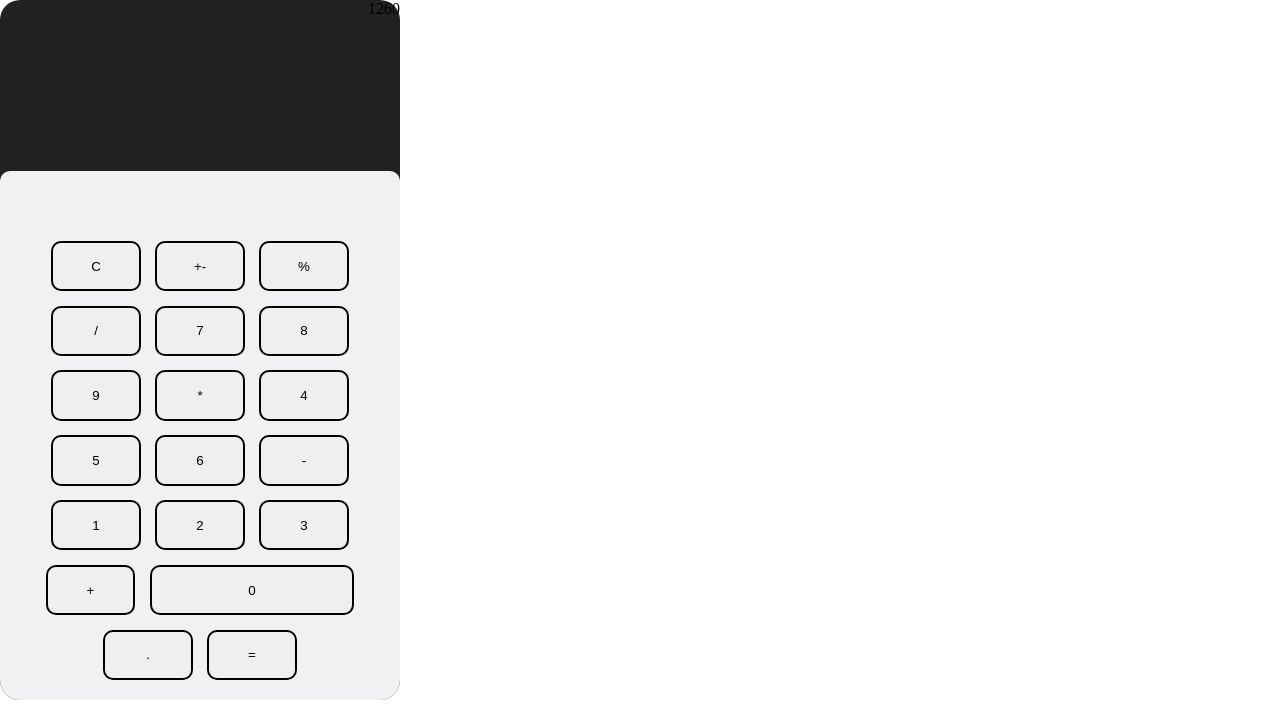
Repository: BrunoBross/calculator
Page: index.html
An editor plug-in stored every save of this project. The page is shown before and after a run of saves, followed by the edit.
The browser window is 1280 px wide. The pictures show the whole page.

Above is the page before, as saved 2021-11-30 23:03:17.

After the next 2 saves:
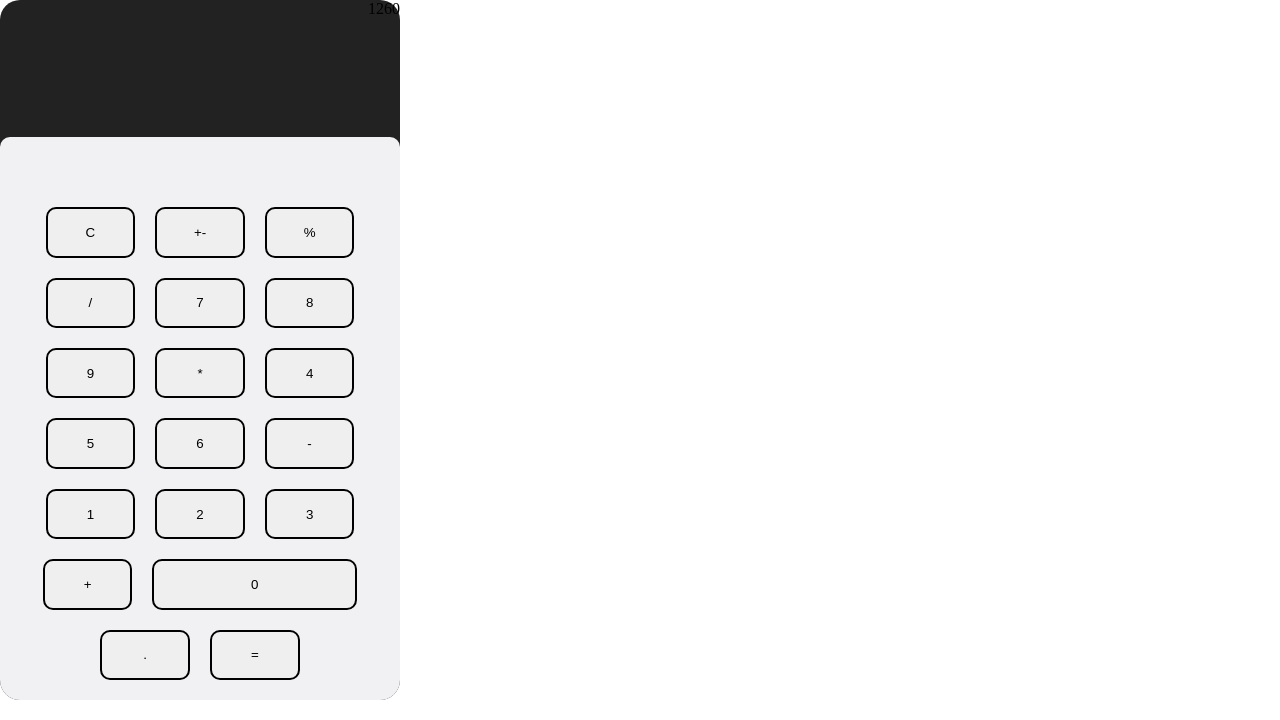
The 2 saves are shown as one change because they came seconds apart.
The last was saved 10 s later.
--- a/style.css
+++ b/style.css
@@ -26,7 +26,7 @@
   display: flex;
   justify-content: center;
   flex-wrap: wrap;
-  gap: 2vh;
+  gap: 20px;
   border-radius: 10px 10px 20px 20px;
 }
 
